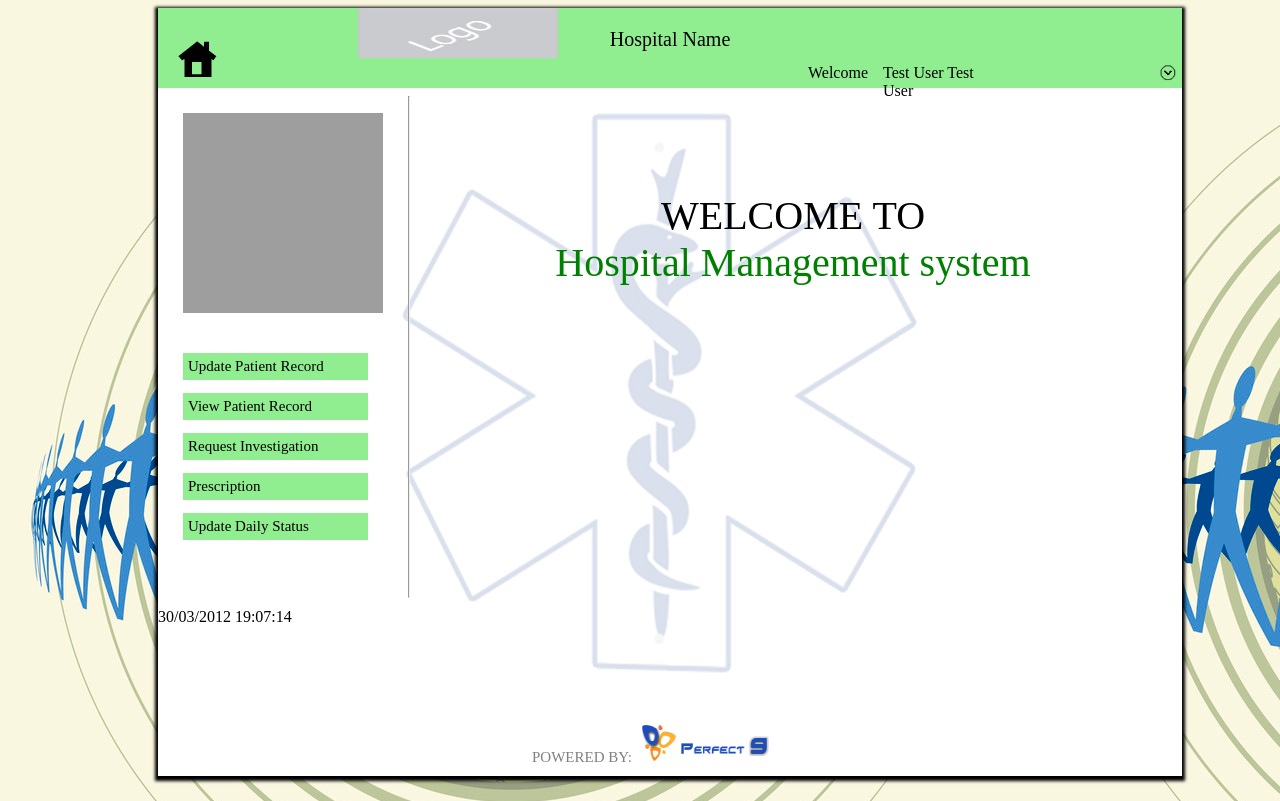
Repository: sabyasachimishra/PPH
Page: http://localhost/PaperlessHospitalService/userLoggeddoctor.jsp
An editor plug-in stored every save of this project. The page is shown before and after the next save, followed by the edit.
The browser window is 1280 px wide. The pictures show the whole page.
Pictures or frames that could not be fetched are drawn as grey boxes. The page is served by Tomcat 9. The session is filled in as if someone had signed in: {"currentSessionUserfname": "Test User", "currentSessionUserlname": "Test User", "currentSessionUserTypeId": 1, "currentSessionUserId": 1}.

Above is the page before, as saved 2012-04-02 17:36:42.

After the next save:
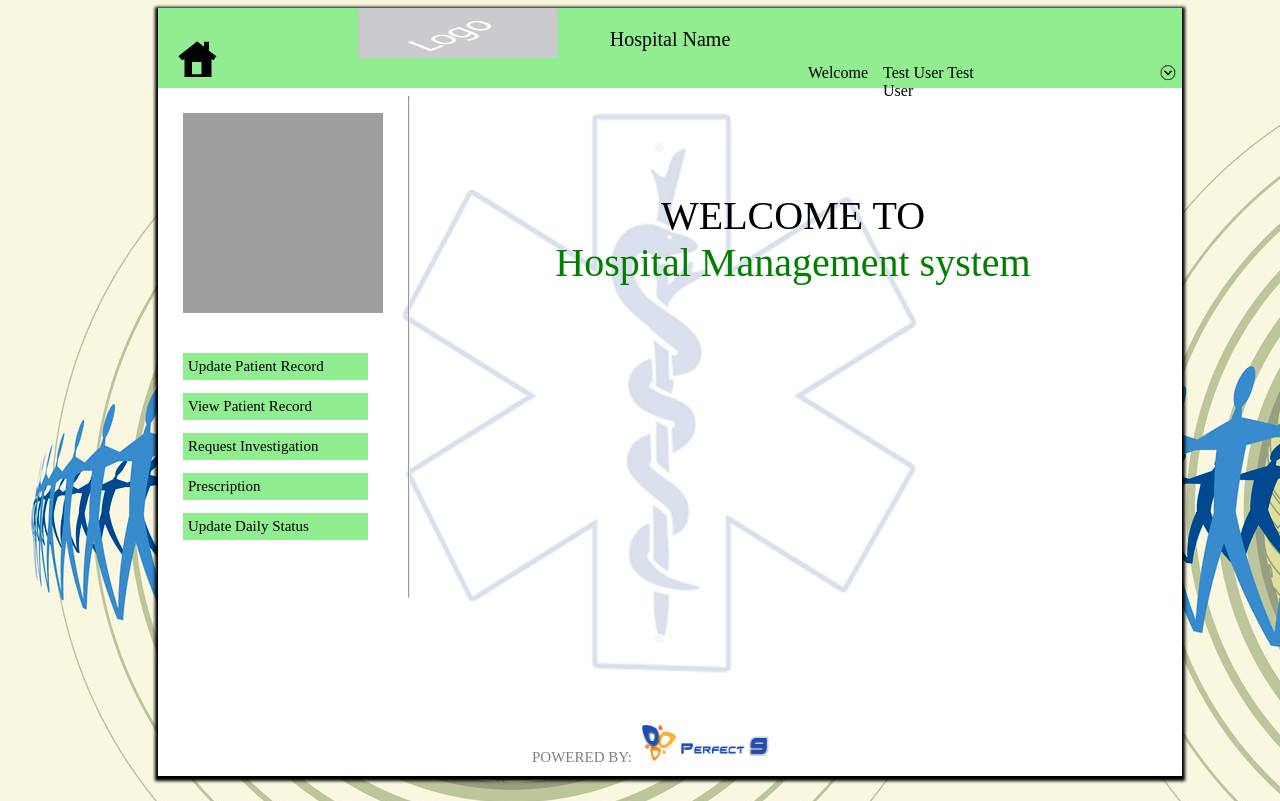
Saved 4 min 19 s later.
--- a/PaperlessHospitalService/WebContent/userLoggeddoctor.jsp
+++ b/PaperlessHospitalService/WebContent/userLoggeddoctor.jsp
@@ -208,7 +208,7 @@ else
        String t1=dateFormat.format(date);
        %>
        <div id="time">
-      <% out.println(t1);
+      <% out.println();
 	%>
 </div>
 	<div id="box2">
